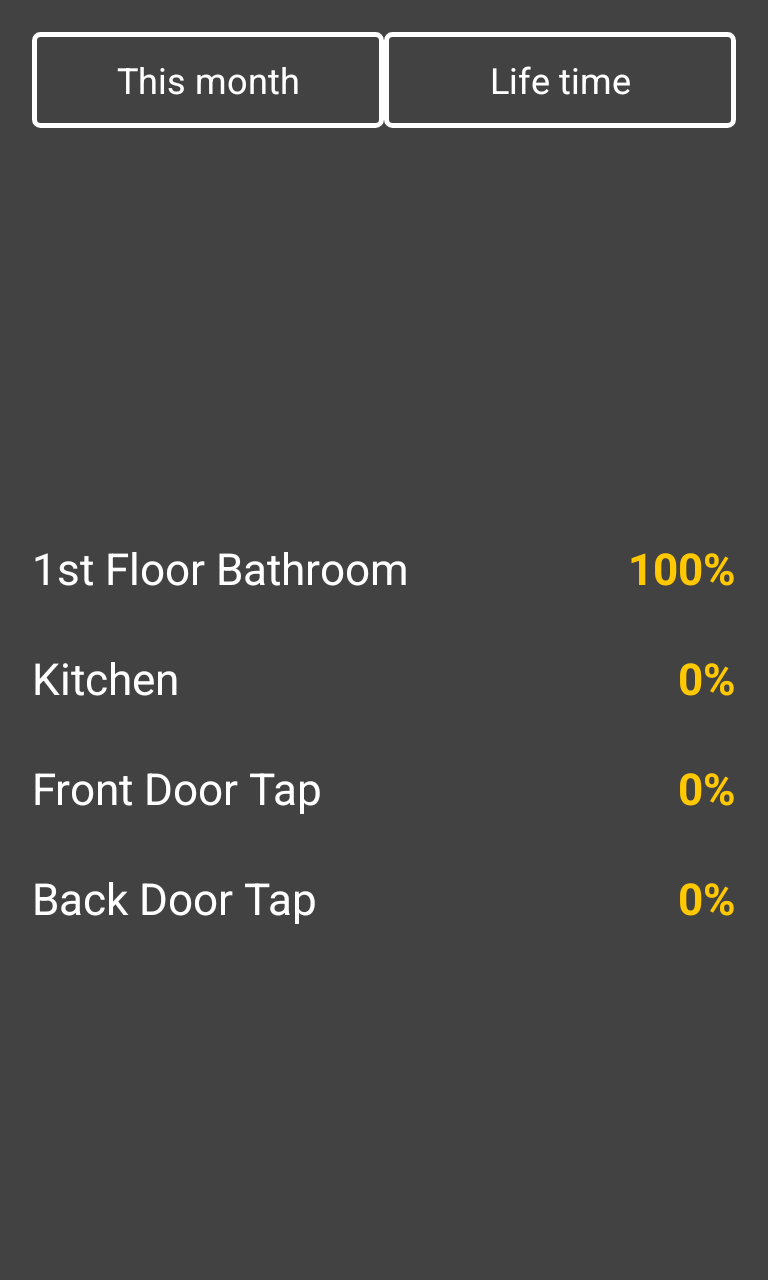
Repository: prabushitha/hydrosaver
Layout: hydrosaver/res/layout/activity_sections.xml
These files come from the project's save history. The layout is drawn as it stood at one moment and after the next save; the edit follows.
Pictures or frames that could not be fetched are drawn as grey boxes. It is drawn on a 768 x 1280 px phone screen (xhdpi) without system bars, with theme AppTheme; the app's code is not run.

Above is the layout before, as saved 2016-10-08 16:55:25.

After the next save:
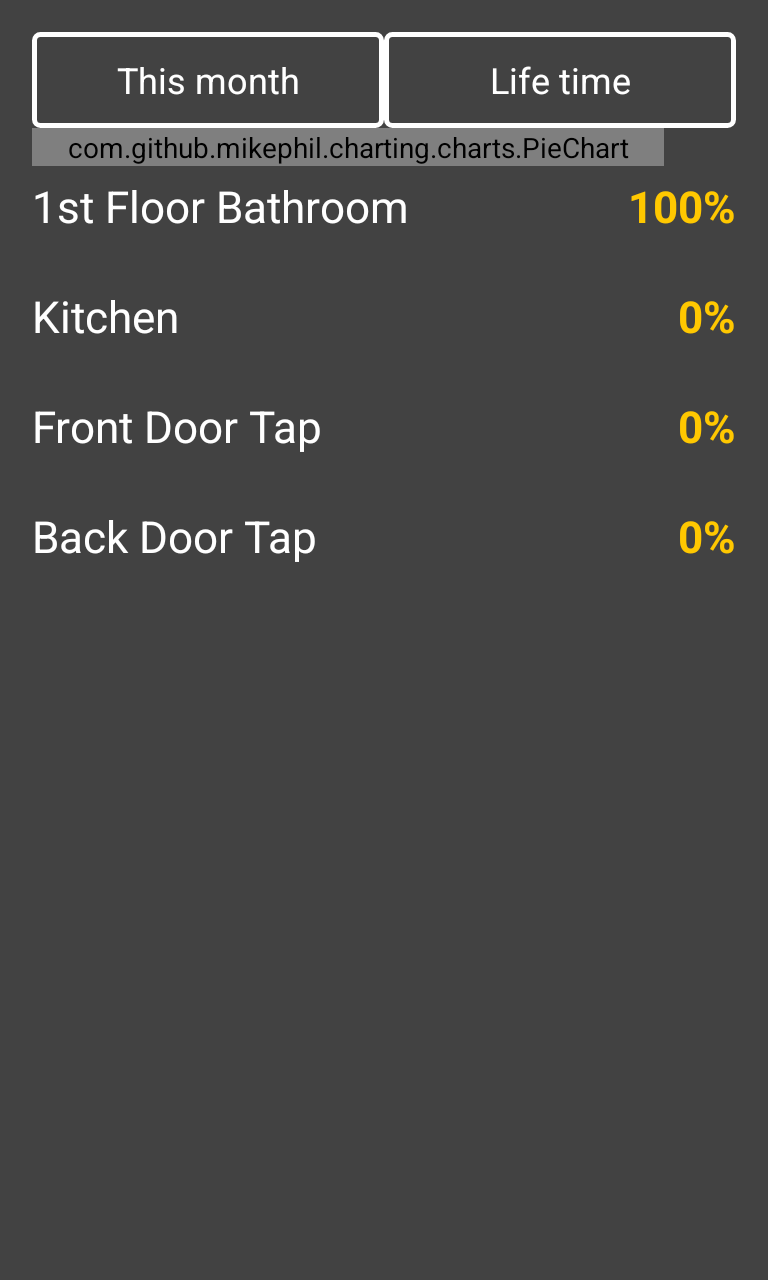
Saved 4 min 38 s later.
--- a/hydrosaver/res/layout/activity_sections.xml
+++ b/hydrosaver/res/layout/activity_sections.xml
@@ -35,13 +35,12 @@
 	    </TableRow>
 	    <TableRow
 	        >
-	        <TextView android:layout_width="fill_parent"
-	                 android:layout_height="wrap_content"
-	                android:textColor="#372c24"
-	                android:minHeight="200dp"
-	          		android:textSize="18sp"
+	       		<com.github.mikephil.charting.charts.PieChart
+					android:layout_width="match_parent"
+					android:layout_height="match_parent"
+					android:id="@+id/graphMainPie">
 
-	               />
+				</com.github.mikephil.charting.charts.PieChart>
 	    </TableRow>
 	    <TableRow
 	        android:layout_marginTop="5dp">
